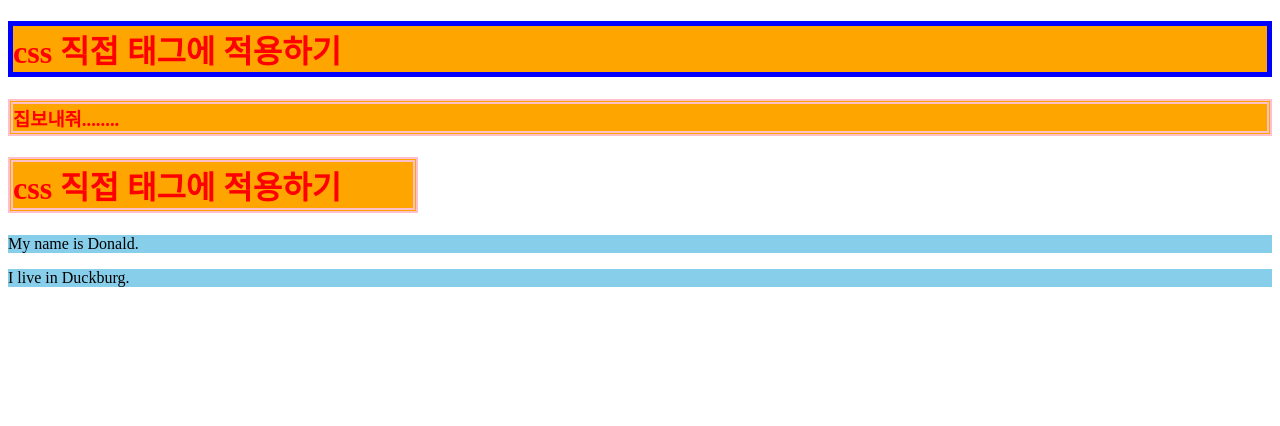
Repository: JeongHyeongKim/practice_myself
Page: Si_basic/WebProject/setp01_HTMLCS/WebContent/CSS/ex02_CSSExternal.html
The author's editor kept a copy of each file at every save. The page is drawn from the files as they stood at one save, then again after the next save.
The browser window is 1280 px wide. The pictures show the whole page.

Above is the page before, as saved 2019-04-22 07:55:12.

### Si_basic/WebProject/setp01_HTMLCS/WebContent/CSS/ex02_CSSExternal.html
<!DOCTYPE html>
<html>
<head>
	<meta charset="UTF-8">
	<title>Insert title here</title>
	<style>
		/*This area is permitted to only css*/
		/* 1. 태그에 적용하기*/
		h1,h3{color:red; border: double pink 5px;}
		/* 2. id로 적용하기*/
		#a{color:green; font-style:italic;}
		#aa{width:400px;}
		/* 3. class로 적용하기*/
		.b{background-color:orange;}
		.bb{font-family:궁서체;}
		/* 4. 특정 element의 하위 요소 찾기*/
		div > p {background-color:skyblue;} /*div태그에 대해 직계의 하위요소 찾기*/
		/*div p {background-color:skyblue;}*/ /*div태그 밑에 있는 모든 하위요소를 찾는다.*/
	</style>
</head>
	<body>
		<!-- 태그에 직접 css적용하면 간단하게 처리할 때 직관적으로 좋지만, 동일한 태그에 적용할 때는 반복해서 코드가 드간다. -->
		<h1 style="color:red; border:solid blue 5px;" class="b">css 직접 태그에 적용하기</h1> <!--  직접 적용하는 태그가 우선순위기 때문에 결과는 밑에꺼랑 다르다. -->

		<h3 class="b">집보내줘........</h3>

		<h1 id="aa" class="b bb">css 직접 태그에 적용하기</h1>
		<!-- class는 공백으로 구분해서 여러가지 클래스로 css를 적용 할 수 있지만, id는 아니다. -->

		<div>
		  <p>My name is Donald.</p>
		  <p>I live in Duckburg.</p>
		</div>



	</body>
</html>

After the next save:
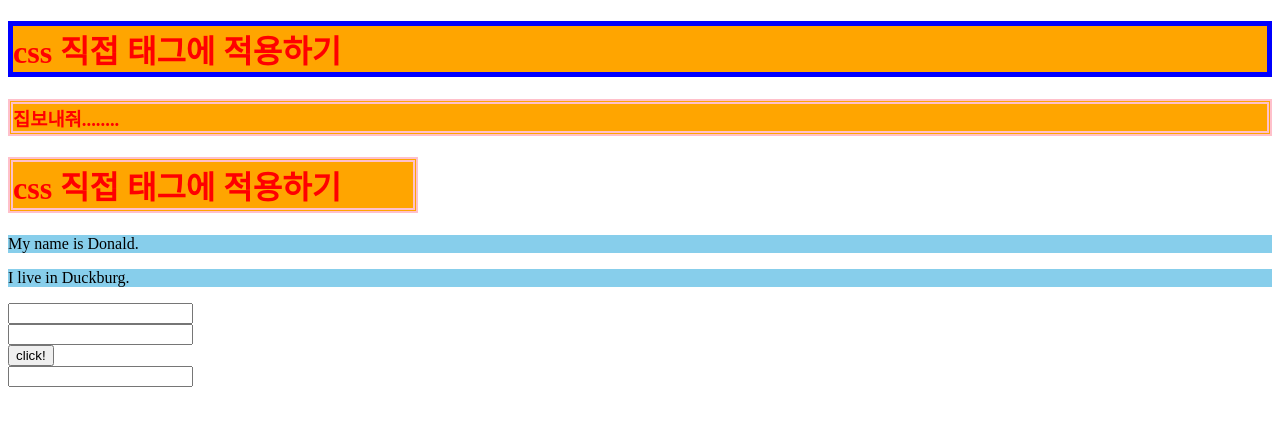
Saved 12 min 40 s later.
--- a/Si_basic/WebProject/setp01_HTMLCS/WebContent/CSS/ex02_CSSExternal.html
+++ b/Si_basic/WebProject/setp01_HTMLCS/WebContent/CSS/ex02_CSSExternal.html
@@ -7,15 +7,20 @@
 		/*This area is permitted to only css*/
 		/* 1. 태그에 적용하기*/
 		h1,h3{color:red; border: double pink 5px;}
+
 		/* 2. id로 적용하기*/
 		#a{color:green; font-style:italic;}
 		#aa{width:400px;}
+
 		/* 3. class로 적용하기*/
 		.b{background-color:orange;}
 		.bb{font-family:궁서체;}
+
 		/* 4. 특정 element의 하위 요소 찾기*/
 		div > p {background-color:skyblue;} /*div태그에 대해 직계의 하위요소 찾기*/
 		/*div p {background-color:skyblue;}*/ /*div태그 밑에 있는 모든 하위요소를 찾는다.*/
+
+		/* 5. */
 	</style>
 </head>
 	<body>
@@ -32,6 +37,12 @@
 		  <p>I live in Duckburg.</p>
 		</div>
 
+		<form>
+			<input type="text" name="id"><br>
+			<input type="password" name="pwd"><br>
+			<input type="button" name="btn" value="click!"><br>
+			<input type="text" name="addr"><br>
+		</form>
 
 
 	</body>
